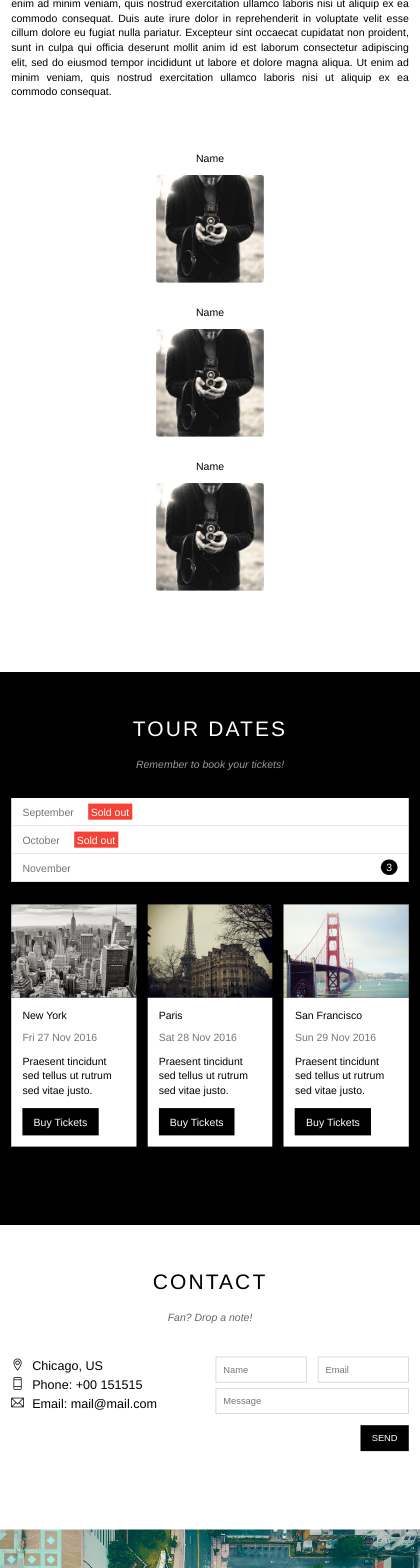
Repository: qhoa25623/The-Band
Page: index.html
These files come from the project's save history. The page is drawn as it stood at one moment and after a run of saves; the edit follows.
The browser window is 600 px wide. The pictures show the part of the page from y = 560 to 2800 px (the page is 3276 px tall before and 3837 px after), at 70% of full size.

Above is the page before, as saved 2022-05-06 23:26:29.

After the next 3 saves:
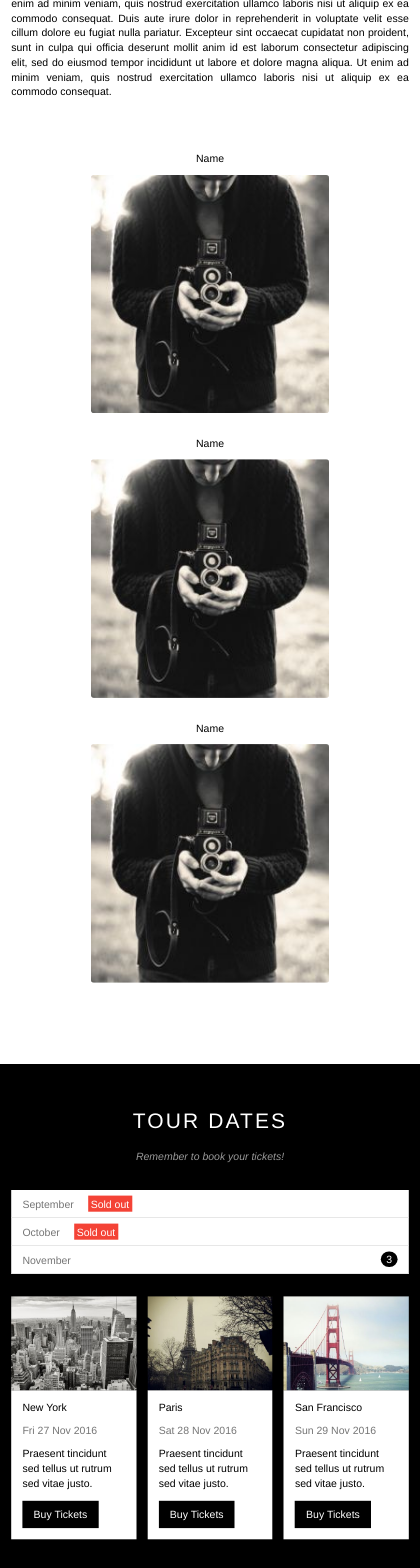
The 3 saves are shown as one change because they came seconds apart.
The last was saved 7 s later.
--- a/assets/css/responsive.css
+++ b/assets/css/responsive.css
@@ -40,5 +40,7 @@
     margin-top:30px;
     width:100%;
   }
-  #content .member-img
+  #content .member-img{
+    width:60%;
+  }
 }
